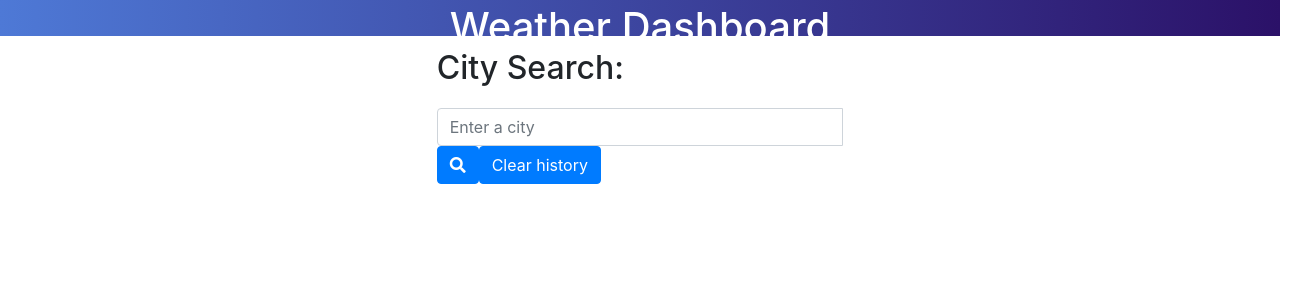
Repository: brenhamp/weather-dashboard
Page: index.html
An editor plug-in stored every save of this project. The page is shown before and after the next save, followed by the edit.
The browser window is 1280 px wide. The page is 1295 px wide, so the pictures cover 1295 px, including what lies to the right of the window. The pictures show the whole page.
Some web libraries are served in a nearby version.

Above is the page before, as saved 2021-12-12 20:54:24.

### index.html
<!DOCTYPE html>
<html lang="en">
<head>
    <meta charset="UTF-8">
    <meta http-equiv="X-UA-Compatible" content="IE=edge">
    <meta name="viewport" content="width=device-width, initial-scale=1.0">
    <link rel="stylesheet" href="./assets/css/style.css">
    <link rel="stylesheet" href="https://stackpath.bootstrapcdn.com/bootstrap/4.3.1/css/bootstrap.min.css" crossorigin="anonymous">
    <link rel="stylesheet" href="https://cdnjs.cloudflare.com/ajax/libs/font-awesome/5.11.2/css/all.min.css">
    <title>Weather Dashboard</title>
</head>
<body>
    <header class="hero">
        <h1>Weather Dashboard</h1>
    </header>

    <div class="row">
        <div class="col-lg-4">
            <h2>City Search:</h2>
            <div class="input-group">
                <input id="city-input" type="text" class="form-control" placeholder="Enter a city" aria-label="Enter a city">
                <div class="input-group append">
                    <button class="btn btn-primary" type="button" id="search-button">
                        <i class="fas fa-search"></i>
                    </button>

                    <button class="btn btn-primary" type="button" id="clear-history">Clear history</button>
                </div>
            </div>

            <form id="history"></form>

        </div>
        <div class="col-lg-9">
            <div class="row">
                <div id="todays-weather">
                    <div>
                        <h3 id="city-name" class="city-name">
                        </h3>
                        <img id="sky">
                        <div id="temperature"></div>
                        <div id="humidity"></div>
                        <div id="wind"></div>
                        <div id="UV"></div>
                    </div>
                </div>
            </div>

            <!-- hide forecast until needed -->
            <div id="five-day-forecast" class="d-none">
                <h3>Five-Day Forecast</h3>
                <div class="row">
                    <div class="forecast"></div>
                    <div class="forecast"></div>
                    <div class="forecast"></div>
                    <div class="forecast"></div>
                    <div class="forecast"></div>
                </div>
            </div>
        </div>
    </div>


    <script src="https://unpkg.com/axios/dist/axios.min.js"></script>
    <script src="./assets/js/script.js"></script>

</body>
</html>

### assets/css/style.css


.hero {
    background-image: linear-gradient(to right, rgb(78, 121, 214), rgb(43, 17, 104));
    height: 5vh;
    text-align: center;
    margin: auto;
    line-height: 5vh;
    color: white
}

h1 {
    line-height: inherit;
    padding: .25vw 0;
}

h2 {
    padding: 1vw 0;
}

.row {
    justify-content: space-around;
}

p {
    text-align: center;
}

### assets/js/script.js
function weatherDashboard() {
    //define HTML elements
const city = document.getElementById("city-input");
const search = document.getElementById("search-button");
const clear = document.getElementById("clear-history");
const name = document.getElementById("city-name");
const sky = document.getElementById("sky");
const temp = document.getElementById("temperature");
const humidity = document.getElementById("humidity");
const wind = document.getElementById("wind");
const UV = document.getElementById("UV");
const history = document.getElementById("history");
const forecast = document.getElementById("five-day-forecast");
const todaysWeather = document.getElementById("todays-weather");

    //my API key from OpenWeather
    apiKey = "4f9f2b98f7dbd0bd303f0561775c2890";

    //function to contain all API requests
    function getWeather(cityName) {
        let queryURL = "https://api.openweathermap.org/data/2.5/weather?q=" + cityName + "&units=imperial" + "&appid=" + apiKey;
        axios.get(queryURL)
        .then(function(response) {
            todaysWeather.classList.remove("d-none");

            //retrieve current date for displaying
            currentDate = new Date(response.data.dt * 1000);
            day = currentDate.getDate();
            month = currentDate.getMonth() + 1;
            year = currentDate.getFullYear();

            name.innerHTML = response.data.name + " (" + month + "/" + day + "/" + year +")";

            //display today's weather including sky icon, temp, humidity and wind speed
            let skyImg = response.data.weather[0].icon;
            sky.setAttribute("src", "https://openweathermap.org/img/wn/" + skyImg + "@2x.png");
            sky.setAttribute("alt", response.data.weather[0].description);
            temp.innerHTML = "Temperature: " + response.data.main.temp + " &#176F";
            humidity.innerHTML = "Humidity: " + response.data.main.humidity + "%";
            wind.innerHTML = "Wind Speed: " + response.data.wind.speed + " MPH";

            //get UV index using latitude and longitude
            let lat = response.data.coord.lat;
            let lon = response.data.coord.lon;
            let UVQueryURL = "https://api.openweathermap.org/data/2.5/uvi/forecast?lat=" + lat + "&lon=" + lon + "&units=imperial" + "&appid=" + apiKey + "&cnt=1";
            axios.get(UVQueryURL)
                .then(function (response) {
                    //use span for HTML convenience
                    let UVIndex = document.createElement("span");

                    //change color to indicate mild/moderate/severe UV levels
                    if (response.data[0].value < 4 ) {
                        UVIndex.setAttribute("class", "badge badge-success");
                    }
                    else if (response.data[0].value < 8) {
                        UVIndex.setAttribute("class", "badge badge-warning");
                    }
                    else {
                        UVIndex.setAttribute("class", "badge badge-danger");
                    }
                    //append to HTML
                    UVIndex.innerHTML = response.data[0].value;
                    UV.innerHTML = "UV Index: ";
                    UV.append(UVIndex);
        });

           //five-day forecast script
           let cityID = response.data.id;
           let forecastQueryURL = "https://api.openweathermap.org/data/2.5/forecast?id=" + cityID + "&units=imperial" + "&appid=" + apiKey;
           axios.get(forecastQueryURL)
               .then(function (response) {
                   //when query is sent, show the forecast elements
                   forecast.classList.remove("d-none");

                       //select all forecast divs and assign future dates to them in order
                       const forecastEls = document.querySelectorAll(".forecast");
                       for (i = 0; i < forecastEls.length; i++) {
                           forecastEls[i].innerHTML = "";
                           const forecastIndex = i * 8 + 4;
                           const forecastDate = new Date(response.data.list[forecastIndex].dt * 1000);
                           const forecastDay = forecastDate.getDate();
                           const forecastMonth = forecastDate.getMonth() + 1;
                           const forecastYear = forecastDate.getFullYear();
                           const forecastDateEl = document.createElement("p");
                           forecastDateEl.setAttribute("class", "mt-3 mb-0 forecast-date");
                           forecastDateEl.innerHTML = forecastMonth + "/" + forecastDay + "/" + forecastYear;
                           forecastEls[i].append(forecastDateEl);

                           //append sky icons and weather info to each future day forecast
                           const forecastSky = document.createElement("img");
                           forecastSky.setAttribute("src", "https://openweathermap.org/img/wn/" + response.data.list[forecastIndex].weather[0].icon + "@2x.png");
                           forecastSky.setAttribute("alt", response.data.list[forecastIndex].weather[0].description);
                           forecastEls[i].append(forecastSky);
                           const forecastTempEl = document.createElement("p");
                           forecastTempEl.innerHTML = "Temp: " + response.data.list[forecastIndex].main.temp + " &#176F";
                           forecastEls[i].append(forecastTempEl);
                           const forecastHumidityEl = document.createElement("p");
                           forecastHumidityEl.innerHTML = "Humidity: " + response.data.list[forecastIndex].main.humidity + "%";
                           forecastEls[i].append(forecastHumidityEl);
                       }
                    })
    });
}

    //search history functionality
    let searchHistory = JSON.parse(localStorage.getItem("search")) || [];

    function renderSearchHistory () {
        //start off blank
        history.innerHTML = "";
        //create new history item each time a city name is submitted
        for (let i = 0; i < searchHistory.length; i++) {
            const historyEl = document.createElement("input");
            Object.assign(historyEl, {
                type: "text",
                readonly: true,
                class: "form-control",
                value: searchHistory[i],
            });
            historyEl.addEventListener("click", function() {
                getWeather(historyEl.value);
            })
            history.append(historyEl);
        }
    }

    //initial call for history function
    renderSearchHistory();

    //listener for search; save searches to localStorage
    search.addEventListener("click",  function () {
        searchTerm = city.value;
        getWeather(searchTerm);
        searchHistory.push(searchTerm);
        localStorage.setItem("search", JSON.stringify(searchHistory));
        renderSearchHistory();
    })


    //listener for clear button; clear localStorage and leave search array blank
    clear.addEventListener("click", function () {
        localStorage.clear();
        searchHistory = [];
        renderSearchHistory();
    })


};

//initialize javascript
weatherDashboard ();

After the next save:
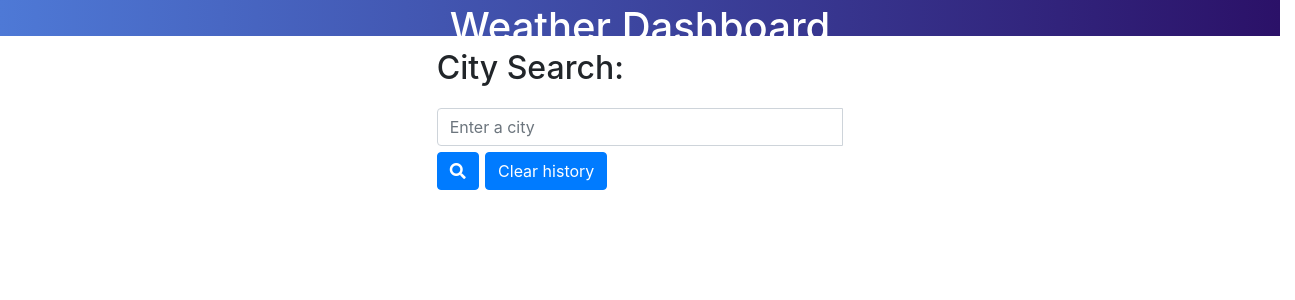
Saved 4 min 1 s later.
--- a/assets/css/style.css
+++ b/assets/css/style.css
@@ -25,3 +25,7 @@ h2 {
 p {
     text-align: center;
 }
+
+button:not(:disabled) {
+    margin: 0.5vw 0.5vw 0 0;
+}
